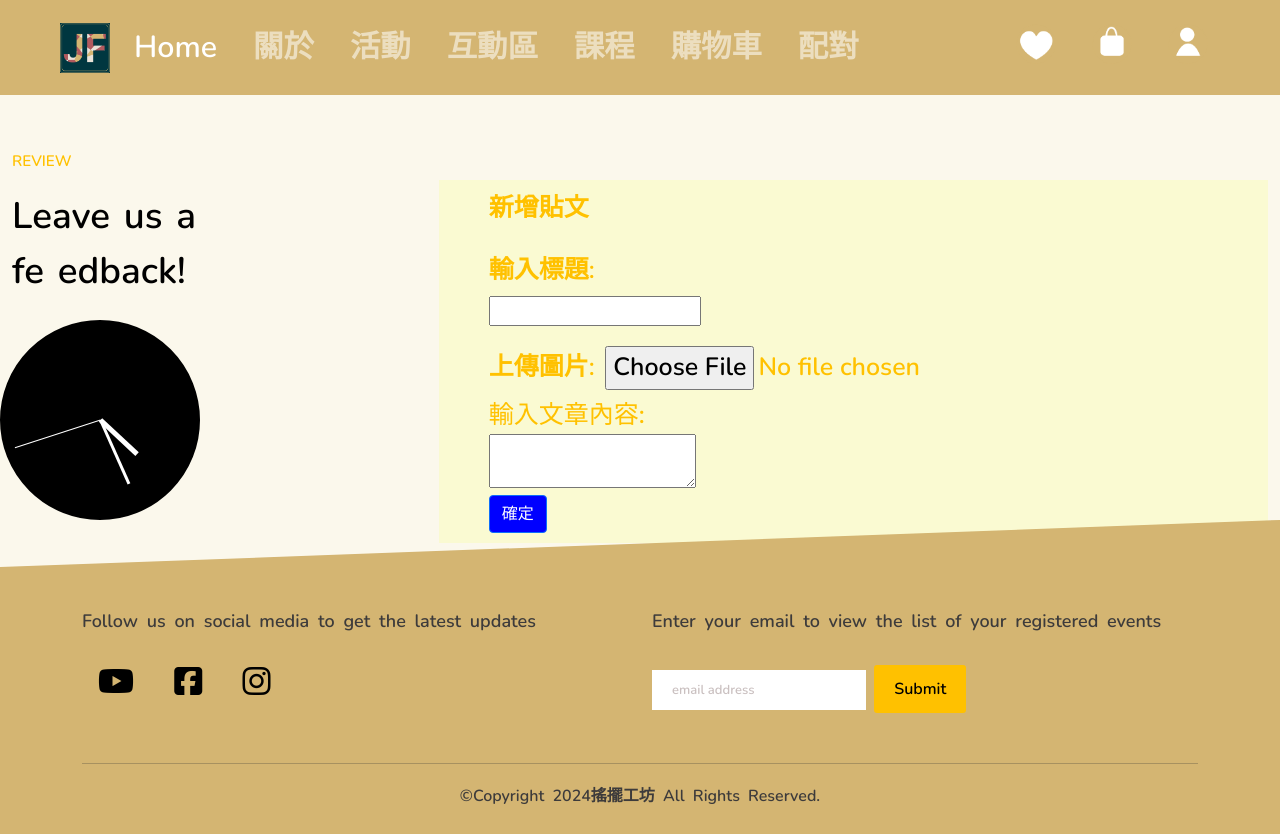
Repository: mmmooonnn0211/project
Page: workspace/demoSpringBoot-1/src/main/resources/static/html/LTInsertFront.html
These files come from the project's save history. The page is drawn as it stood at one moment and after the next save; the edit follows.
The browser window is 1280 px wide. The pictures show the whole page.
Some web libraries are served in a nearby version.

Above is the page before, as saved 2024-05-09 13:46:49.
Console error: ReferenceError: jQuery is not defined

### workspace/demoSpringBoot-1/src/main/resources/static/html/LTInsertFront.html
<!DOCTYPE html>
<html lang="en">

<head>
	<meta charset="UTF-8">
	<meta name="viewport" content="width=device-width, initial-scale=1.0">
	<style>
		.main {
			min-height: 55vh;
			/* 让 .slant 至少占据整个视口高度 */

		}

		.clock {
			width: 200px;
			height: 200px;
			border: 2px solid #000;
			border-radius: 50%;
			background-color: #000;
			position: relative;
			margin-top: -20%;
		}

		.hour,
		.minute,
		.second {
			position: absolute;
			background-color: white;
			transform-origin: bottom center;
			/* 將旋轉的中心設置為底部中心 */
		}

		.hour {
			width: 5px;
			height: 50px;
			left: calc(50% - 2.5px);
			/* 計算時鐘中心 */
			bottom: 50%;
			background-color: white;
			/* 時針顏色：紅色 */
		}

		.minute {
			width: 3px;
			height: 70px;
			left: calc(50% - 1.5px);
			/* 計算時鐘中心 */
			bottom: 50%;
			background-color: white;
			/* 分針顏色：藍色 */
		}

		.second {
			width: 1px;
			height: 90px;
			left: calc(50% - 0.5px);
			/* 計算時鐘中心 */
			bottom: 50%;
			background-color: white;
			/* 秒針顏色：綠色 */
		}
	</style>
	<!-- Bootstrap CSS -->
	<link href="https://cdn.jsdelivr.net/npm/bootstrap@5.0.0-beta3/dist/css/bootstrap.min.css" rel="stylesheet"
		integrity="sha384-eOJMYsd53ii+scO/bJGFsiCZc+5NDVN2yr8+0RDqr0Ql0h+rP48ckxlpbzKgwra6" crossorigin="anonymous">
	<script src="https://kit.fontawesome.com/4287c80df9.js" crossorigin="anonymous"></script>

	<!--Google Font : Nunito-->
	<link rel="preconnect" href="https://fonts.gstatic.com">
	<link href="https://fonts.googleapis.com/css2?family=Nunito:wght@600&display=swap" rel="stylesheet">

	<!-- For style(All CSS content) -->
	<link rel="stylesheet" type="text/css" href="../styles/home.css" />
	<link rel="stylesheet" type="text/css" href="../styles/footer.css" />
	<link rel="stylesheet" type="text/css" href="../styles/navbar.css" />
	<link rel="icon" href="images/favicon.ico">

	<!-- JS Bundle for BS  -->
	<script src="https://cdn.jsdelivr.net/npm/popper.js@1.16.1/dist/umd/popper.min.js"
		integrity="sha384-9/reFTGAW83EW2RDu2S0VKaIzap3H66lZH81PoYlFhbGU+6BZp6G7niu735Sk7lN" crossorigin="anonymous">
		</script>

</head>


<body>



	</div>
	<!-- <section> -->
	<div class="main">
		<form method="post" action=" /LTinsertFront.controller" enctype="multipart/form-data"
			onsubmit="return validateForm();">
			<div class="container-fluid" style="margin-top: 150px;">
				<div class="row" style="margin-bottom: 100px; margin-top: 100px;">
					<div class="col-md-4" style="text-align: left;">
						<p class="review">REVIEW</p>
						<p class="feedback">Leave us a <br>fe edback!</p>
					</div>
					<div class="col-sm-8">
						<div class="container" id="cards" style="  background-color:lightgoldenrodyellow">
							<div class="" style="margin: auto;">
								<div id="sugg" class="neon-yellow" style="font-weight: bold; font-size: 25px; ">新增貼文
								</div>
								<br>
								<div id="text" class="neon-yellow" style=" font-size: 25px;">輸入標題:
								</div>
								<div style="height:50px; ">
									<input id="title" name="title" style="width: auto;" ; />
								</div>
								<div id="text" class="neon-yellow" style="font-weight: bold; font-size: 25px;">上傳圖片:
									<input type="file" id="picture" name="picture" />
								</div>

								<div id="picture" class="neon-yellow" style="font-size:25px; ">
									輸入文章內容:
								</div>
								<textarea id="content" name="content"></textarea>

								<div>
									<button type="submit" class="btn btn-primary"
										style="background-color:blue">確定</button>
								</div>
							</div>
						</div>
					</div>
				</div>
			</div>
		</form>
		<div class="container text-center">

		</div>
	</div>




	<div class="container">
	</div>


	<script>

		fetch('basic.html')
			.then(response => response.text())
			.then(html => {
				document.body.innerHTML += html;
			});

	</script>
	<div id="clock"></div>

	<div class="clock" id="clock">
		<div class="hour" id="hour"></div>
		<div class="minute" id="minute"></div>
		<div class="second" id="second"></div>
	</div>

	<script>
		function updateClock() {
			var now = new Date();
			var hours = now.getHours();
			var minutes = now.getMinutes();
			var seconds = now.getSeconds();

			var hourDeg = (hours % 12) * 30 + minutes * 0.5; // 一小時30度，一分鐘0.5度
			var minuteDeg = minutes * 6; // 一分鐘6度
			var secondDeg = seconds * 6; // 一秒鐘6度

			document.getElementById('hour').style.transform = 'rotate(' + hourDeg + 'deg)';
			document.getElementById('minute').style.transform = 'rotate(' + minuteDeg + 'deg)';
			document.getElementById('second').style.transform = 'rotate(' + secondDeg + 'deg)';
		}

		// 每秒更新一次時間
		setInterval(updateClock, 1000);

		// 初始化頁面時立即更新時間
		updateClock();
	</script>
	<script type="text/javascript" charset="utf8"
		src="https://cdn.datatables.net/1.11.5/js/jquery.dataTables.js"></script>
	<script src="https://cdn.jsdelivr.net/npm/bootstrap@5.0.0-beta3/dist/js/bootstrap.bundle.min.js"
		integrity="sha384-JEW9xMcG8R+pH31jmWH6WWP0WintQrMb4s7ZOdauHnUtxwoG2vI5DkLtS3qm9Ekf" crossorigin="anonymous">
		</script>

</body>

</html>

### workspace/demoSpringBoot-1/src/main/resources/static/styles/home.css
/* hiding vertical scroll bar from every page */
::-webkit-scrollbar {
  width: 0 !important
}




body {
  font-family: 'Nunito', sans-serif;
  background-color: #FBF8EC;
  word-spacing: 0.25rem;
}

::selection {
  color: black;
  background: #ffc100;
}

::placeholder {
  color: rgb(202, 192, 192);
}

.neon-yellow {
  color: #ffc100;
}

.working-heading {
  font-size: 2.3rem;
  font-weight: bold;
  color: black;
}


.date-style {
  font-weight: 850;
  padding: 0 0 0.3rem 0;
}

.sub-heading {
  font-size: 1.5rem;
  font-weight: 1000;
  padding: 0 0 0.3rem 0;
}

.small-subtext {
  color: black;
  font-weight: 700;
  font-size: 1rem;
}

.process-heading {
  font-weight: 1000;
  font-size: 0.95rem;
}

.eng,
.feedback,
.some {
  font-size: 2.3rem;
  font-weight: 1000;
  color: black;
}

.center-line {
  border-left: 0.58rem solid #ffc100;
  height: 110%;
  position: absolute;
  top: 0%;
  left: 0%;
}

.padding-for-mobile {
  padding: 0 1rem 2rem 4rem;
  text-align: left;
  /*background-color:  white;*/
}

.stickyy-corner {
  position: -webkit-sticky;
  position: sticky;
  top: 0;
}

.timeline-left-style {
  color: black;
  text-align: right;
  padding: 0 4rem 0 5.2rem;
}

.timeline-right-style {
  color: black;
  text-align: left;
  position: relative;
  padding: 0 5.2rem 0 4rem;
  overflow-y: hidden;
}

.d-block {
  margin-top: 2%;
  border-radius: 7px;
  border: 3px solid rgb(245, 241, 241);
  width: 100%;
}

.chess,
.review,
.event {
  color: #ffc100;
  font-weight: 850;
  font-size: 0.95rem;
}


#text {
  font-weight: 850;
  font-size: 0.75rem;
  margin-bottom: 7px;
}

#sugg {
  font-size: 1.5rem;
  font-weight: 1000;
}

#btn {
  background-color: #ffc100;
  color: rgb(0, 0, 0);
  padding: 10px 20px;
  text-align: center;
  border: none;
  border-radius: 3px;
  display: block;
  margin: auto;
  margin-top: 15px;
  font-weight: bold;
}


#box,
#msg {
  background-color: #DDDDDD;
  border-radius: 3.5px;
  border: none;
  margin-bottom: 12px;
  width: 100%;
}

#msg {
  height: 120px;
}

#box {
  height: 35px;
}

#spon {
  color: black;
  margin-top: 60px;
  display: flex;
  justify-content: space-evenly;
  align-items: center;
  font-weight: bold;
  margin-bottom: 20px;
}

.image {
  height: 100px;
}

.image3 {
  height: 250px;
  overflow-y: hidden;
}

.pic1,
.pic2 {
  font-weight: bold;
  font-size: medium;
}

.pic1 {
  margin-top: 20px;
}

.column {
  display: flex;
  flex-direction: column;
  justify-content: space-evenly;
  align-items: center;
}

.columns {
  display: flex;
  flex-direction: column;
  justify-content: center;
  align-items: flex-start;
}

.pic2 {
  color: gray;
  font-size: small;
}

.event,
.some,
.last,
.pic,
.pic1,
.pic2 {
  display: flex;
  justify-content: space-evenly;
  align-items: center;
}

.subhead {
  color: black;
  font-size: 3rem;
  overflow-y: hidden;
}

.active {
  color: #ffc100;
}

.active:hover {
  color: #ffc100;
}

p {
  color: black;
}

.title-img {
  width: 25%;
  margin-left: 8%;
  transform: rotate(10deg);
}

.hover {
  color: #ffc100;
}

.title-img3 {
  width: 25%;
  transform: rotate(-10deg);
}

.title-img2 {
  width: 35%;
  padding-right: 5%;
  padding-left: 5%;


}

.carousel-img-styles {
  border: 0.13rem solid black;
  border-radius: 1rem;
}

h1 {
  font-size: 5rem;
  line-height: 1.5;
  font-weight: 900;
}

#title {
  margin-bottom: 11rem;
}

.col-lg-3 {
  padding-left: 3rem;
}

.ex-btn {
  margin-top: 2.5rem;
  margin-bottom: 30px;
}

.carousel-container {
  width: 55%;
}

#cards {
  padding: 10px 50px;
}

.card {
  background-color: black;
  border-radius: 10px;
  /* display: block;
    margin: auto;
    font: 16px;
    width:55%; */
  padding: 30px 20px;

}

@media only screen and (max-width: 767px) {
  .small-subtext {
    font-size: 0.8rem;
  }

  .padding-for-mobile {
    padding: 0 0 4rem 2rem;
  }

  /*
  .sticky-corner {
    position: static;
  }
  */
  #cards {
    padding: 0px 20px;
  }


  .sub-heading {
    font-size: 1.3rem;
  }

  .process-heading {
    font-size: 0.85rem;
  }

  .working-heading {
    font-size: 1.5rem;
  }

  .timeline-left-style {
    padding: 0 2.5rem 0 3rem;
  }

  .timeline-right-style {
    padding: 0 3rem 0 2.5rem;
  }

  #spon {
    font-size: 1.5rem;
  }

  .some,
  .eng,
  .feedback {
    font-size: 1.5rem;
  }

  .card {
    width: 100%;
  }

  .pic {
    flex-direction: column;
  }

  .carousel-container {
    width: 85%;
  }
}

@media only screen and (max-width: 575px) {

  .title-img,
  .title-img3 {
    display: none;
  }

  .title-img2 {
    display: block;
    margin: auto;
    width: 100%;
    padding: 50px;
  }
}

@media only screen and (max-width: 375px) {


  .date-style {
    font-size: 0.8rem;
  }

  .sub-heading {
    font-size: 0.9rem;
  }

  .small-subtext {
    font-size: 0.7rem;
  }

  .timeline-left-style {
    padding: 0 1.6rem 0 2rem;
  }

  .timeline-right-style {
    padding: 0 2rem 0 2rem;
  }
}

### workspace/demoSpringBoot-1/src/main/resources/static/styles/footer.css
/*
hiding vertical scroll bar from every page
*/
::-webkit-scrollbar {
    width: 0 !important
}




.slant {
    /* width: 110%;
    background-color: #DDDDDD;
    transform: rotate(-3deg);
    height: 100px; */
    clip-path: polygon(0 15%, 100% 0, 100% 100%, 0 100%);
  }

  .container{
    margin-top: 30px;
  }

  .left, .right {
    font-size: large;
    font-weight: bold;
    margin-top: 50px;
    color: rgb(61, 59, 59);
    margin-bottom: 30px;
  }

  .below {
    background-color:#D4B572;
    position: relative;
    padding-top: 8px;
    padding-bottom: 6px;
    width: 100%;
    height: 100%;
  }

  #mail {
    border: none;
    height: 30px;
    padding: 20px;
    font-size: small;
    font-weight: bold;
  }

  #bttn {
    background-color: #ffc100;
    color: black;
    padding: 12px 20px;
    text-align: center;
    border: none;
    border-radius: 3px;
    font-weight: bold;
  }


  .fa-youtube:hover{
    color: rgb(230, 59, 59);
    transition: 0.5s;
  }

  .fa-twitter:hover, .fa-facebook-square:hover{
    color: rgba(18, 212, 212, 0.596);
    transition: 0.5s;
  }

  .fa-instagram:hover{
    color: rgb(218, 30, 61);
    transition: 0.5s;
  }

  .fa-github{
    color: rgb(43, 36, 36);
    transition: 0.5s;
  }

  .fab {
    padding: 0 1rem 0 1rem;
    font-size: 2rem;
    color: black;
  }

  .last {
    font-weight: 900;
    color: rgb(61, 59, 59);
    margin: 20px;
    display: flex;
  justify-content: space-evenly;
  align-items: center;
  }

  @media only screen and (max-width: 767px) {
    .slant{
      clip-path: polygon(0 5%, 100% 0, 100% 100%, 0 100%);
    }
  }

  @media only screen and (max-width: 375px) {
    .slant{
      clip-path: polygon(0 5%, 100% 0, 100% 100%, 0 100%);
    }
  }

### workspace/demoSpringBoot-1/src/main/resources/static/styles/navbar.css
/* 鼠標移動導覽列*/
.nav-item :hover {
  color: rgb(255, 128, 128);
  cursor: pointer;
  background-color: #B15A5E;
  border-radius: 10px;
}

.navbar a {
  color: #ff2600a2;
  border-radius: 10px;
}


.navbar {
  padding: 1rem 2rem;
  position: fixed;
  z-index: 100;
  width: 100%;
  margin: 0;
  top: 0;
  left: 0;
  background-color: #D4B572;
}

.nav-item {
  padding: 0 20px 0 0;
}

.nav-link {
  font-size: 1.9rem;
  font-weight: 900;

}


.dropdown-item,
.dropdown-menu {
  background-color: #B15A5E;
  color: #BF3F41;
  ;
  margin: 0;
}






.dropdown-menu a {
  color: white;
  ;
  text-decoration: none;
  display: block;
  text-align: left;
}

### workspace/demoSpringBoot-1/src/main/resources/static/html/basic.html
<!doctype html>
<html lang="en">

<head>
    <!-- Required meta tags -->
    <meta charset="utf-8">
    <meta name="viewport" content="width=device-width, initial-scale=1">




    <title>JFSwing</title>
</head>

<body>

    <!-- Shashank's Section -->
    <!-- <section class="title"> -->
    <!-- Navbar section -->
    <nav class="navbar navbar-expand-lg navbar-dark">
        <!-- <LOGO> -->
        <div class="container-fluid">
            <div width="50px" height="50px">
                <a class="m-3" href="index.html"> <img src="../images/LOGO.png" width="50px" height="50px"
                        alt="Eternals">
                </a>
                <button class="navbar-toggler" type="button" data-bs-toggle="collapse" data-bs-target="#navbarCollapse"
                    aria-controls="navbarCollapse" aria-expanded="false" aria-label="Toggle navigation">
                    <span class="navbar-toggler-icon"></span>
                </button>
            </div>
            <div class="collapse navbar-collapse" id="navbarCollapse">
                <ul class="navbar-nav ">
                    <li class="nav-item">
                        <a class="nav-link active" href="frontPage.html">Home </a>
                    </li>
                    <li class="nav-item">
                        <a class="nav-link" href="about.html">關於</a>
                    </li>
                    <li class="nav-item">
                        <a class="nav-link" href="EventAll.html">活動</a>
                    </li>
                    <li class="nav-item">
                        <a class="nav-link" href="/LTSelectAll2">互動區</a>
                    </li>
                    <li class="nav-item">
                        <a class="nav-link" href="contact.html">課程</a>
                    </li>
                    <li class="nav-item">
                        <a class="nav-link" href="">購物車</a>
                    </li>
                    <li class="nav-item">
                        <a class="nav-link" href="">配對</a>
                    </li>

                </ul>

            </div>

            <!-- <右上角的東西> -->
            <div class="navbar-nav justify-content-end">
                <ul class="navbar-nav">
                    <li class="nav-item">
                        <div class="m-2 rounded-circle overflow-hidden align-self-center ratio ratio-1x1"
                            style="width: 40px">
                            <img src="../images/LOVE.png" alt="" class="object-fit-cover w-100 h-100" />
                        </div>
                    </li>
                    <li class="nav-item">
                        <div class="m-2 rounded-circle overflow-hidden align-self-center ratio ratio-1x1"
                            style="width: 40px">
                            <img src="../images/SHOP.png" alt="" class="object-fit-cover w-100 h-100" />
                        </div>
                    </li>
                    <li class="nav-item">
                        <a href="#" target="_blank"
                            class="m-2 rounded-circle overflow-hidden align-self-center ratio ratio-1x1"
                            style="width: 40px; display: inline-block;">
                            <img src="../images/MAN.png" alt="Facebook" class="object-fit-cover w-100 h-100" />
                        </a>
                    </li>

                </ul>

            </div>
        </div>
    </nav>

    <!-- Title -->
    <!-- <中間> -->



    <!-- footer-->
    <div class="slant footer-content mt-auto">

        <footer class="below">
            <div class="container">
                <div class="row">
                    <div class="col-lg-6">
                        <p class="left">Follow us on social media to get the latest updates</p>
                        <a href="#"><i class="fab fa-youtube"></i></a>
                        <a href="https://www.facebook.com/apple.hi.77?mibextid=kFxxJD"><i
                                class="fab fa-facebook-square"></i></a>
                        <a href="#"><i class="fab fa-instagram"></i></a>

                    </div>
                    <div class="col-lg-6">
                        <p class="right">Enter your email to view the list of your registered events</p>
                        <input id="mail" placeholder="email address">
                        <span><button id="bttn">
                                Submit </button></span>
                    </div>
                </div>
                <hr style="margin-top: 50px;">
            </div>
            <div class="last">&copy;Copyright 2024搖擺工坊 All Rights Reserved.</div>
        </footer>

    </div>



</body>

</html>

After the next save:
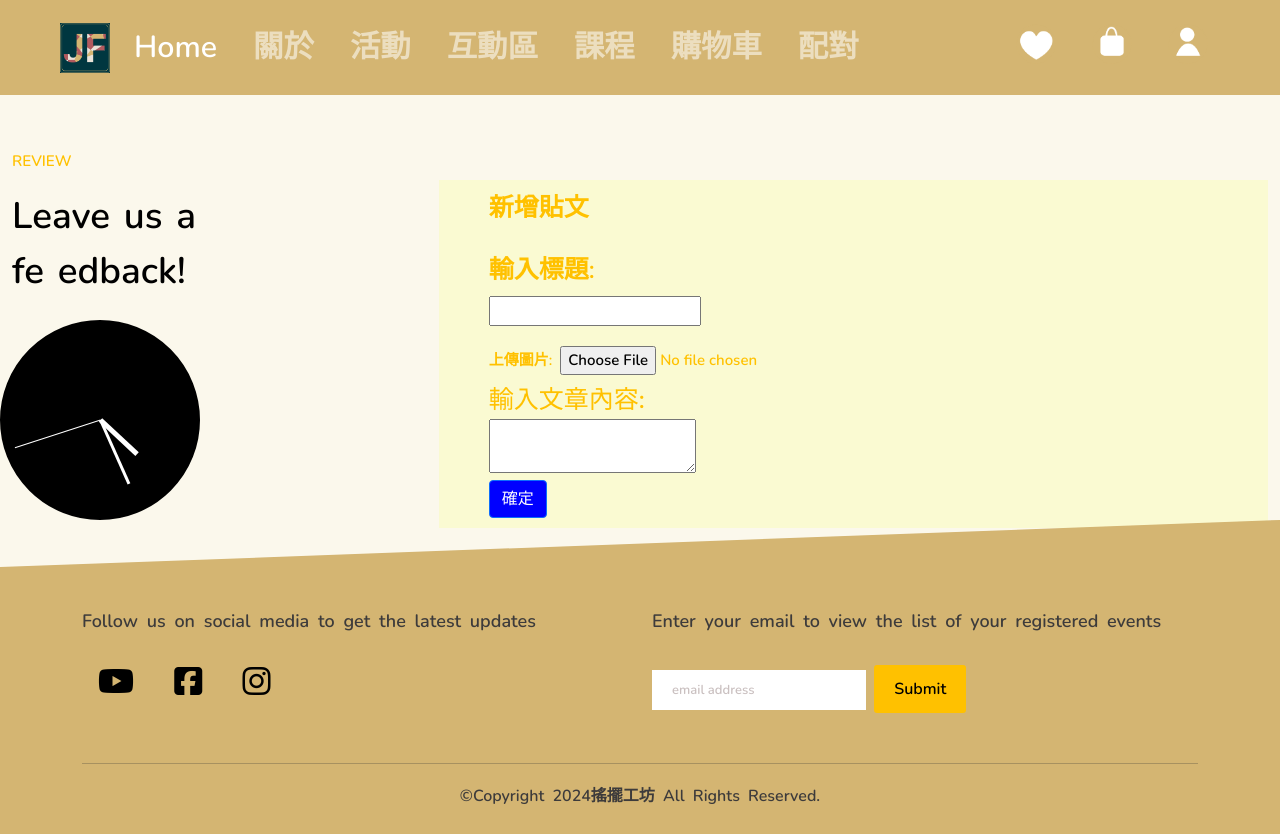
Saved 22 s later.
--- a/workspace/demoSpringBoot-1/src/main/resources/static/html/LTInsertFront.html
+++ b/workspace/demoSpringBoot-1/src/main/resources/static/html/LTInsertFront.html
@@ -109,7 +109,7 @@
 								<div style="height:50px; ">
 									<input id="title" name="title" style="width: auto;" ; />
 								</div>
-								<div id="text" class="neon-yellow" style="font-weight: bold; font-size: 25px;">上傳圖片:
+								<div id="text" class="neon-yellow" style="font-weight: bold; font-size: 15px;">上傳圖片:
 									<input type="file" id="picture" name="picture" />
 								</div>
 
